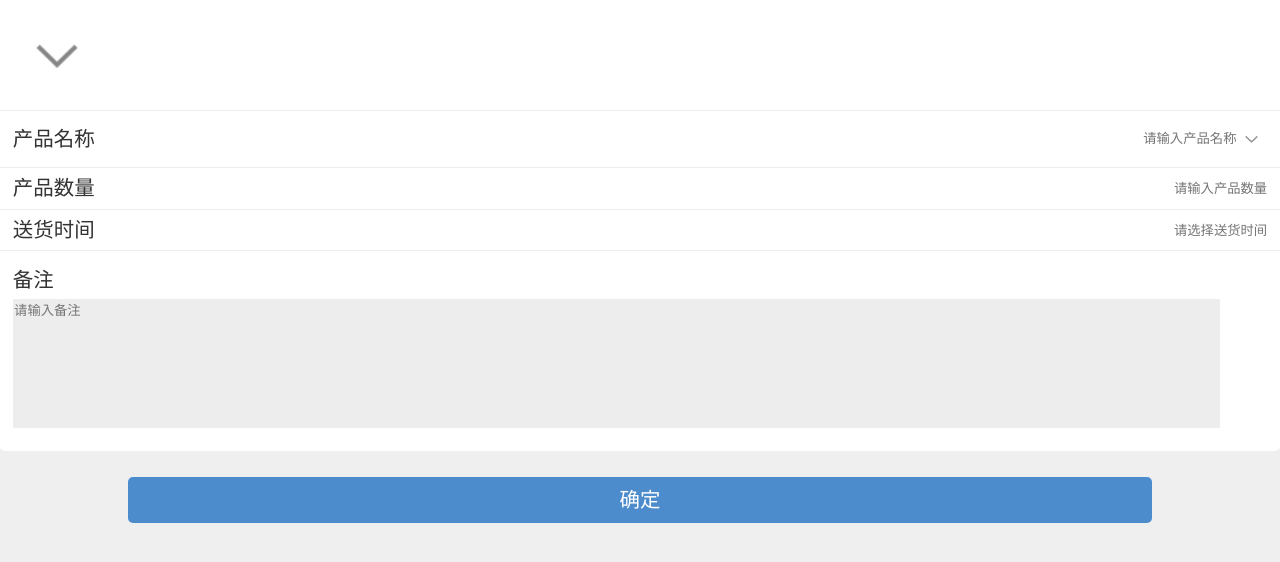
Repository: missing-star/produce
Page: Cbuyer.html
The author's editor kept a copy of each file at every save. The page is drawn from the files as they stood at one save, then again after the next save.
The browser window is 1280 px wide. The pictures show the whole page.

Above is the page before, as saved 2019-05-21 11:55:27.

### Cbuyer.html
<!DOCTYPE html>
<html lang="en">

<head>
    <meta charset="UTF-8">
    <meta content="width=device-width, initial-scale=1.0, maximum-scale=1.0, user-scalable=0;" name="viewport" />
    <meta http-equiv="X-UA-Compatible" content="ie=edge">
    <title>采购订单</title>
    <link rel="stylesheet" href="css/base.css">
    <link rel="stylesheet" href="css/weui.min.css">
    <link rel="stylesheet" href="css/jquery-weui.min.css">
    <link rel="stylesheet" href="css/Cbuyer.css">
</head>

<body>
    <div id="app">
        <div class="buyer">
            <div class="buyer_wrap">
                <img class="buyer_img" @click="uploadEvent" :src="avter==''?'img/upload.png':avter" alt="">
                <input type="file" @change="uploadImg($event)" id="order-img" hidden>
            </div>
            <ul class="buyer_uu">
                <li>
                    <span>产品名称</span>
                    <div class="box">
                        <input type="text" v-model="title" placeholder="请输入产品名称" id="hh">
                        <img :src="avter" class="dropdown-icon" id="title-select">
                    </div>

                </li>
                <li>
                    <span>产品数量</span>
                    <div class="box">
                        <input v-model="number" type="number" placeholder="请输入产品数量" id="">
                    </div>
                </li>
                <li>
                    <span>送货时间</span>
                    <div class="box">
                        <input v-model="deliveryTime" type="text" readonly placeholder="请选择送货时间" id="date-picker">
                    </div>
                </li>
            </ul>
            <div class="buyer_text">
                <p>备注</p>
                <textarea placeholder="请输入备注" name="" id="" cols="30" rows="10"></textarea>
            </div>
        </div>

        <div @click="addOrder" class="edit_btn">确定</div>
    </div>
</body>

</html>
<script src="js/jquery.min.js"></script>
<script src="js/vue.js"></script>
<script src="js/weui.min.js"></script>
<script src="js/api.js"></script>
<script src="js/jquery.combo.select.js"></script>
<script src="js/Cbuyer.js"></script>

### css/base.css
/* http://meyerweb.com/eric/tools/css/reset/
   v2.0 | 20110126
   License: none (public domain)
*/

html,
body,
div,
span,
applet,
object,
iframe,
h1,
h2,
h3,
h4,
h5,
h6,
p,
blockquote,
pre,
a,
abbr,
acronym,
address,
big,
cite,
code,
del,
dfn,
em,
img,
ins,
kbd,
q,
s,
samp,
small,
strike,
strong,
sub,
sup,
tt,
var,
b,
u,
i,
center,
dl,
dt,
dd,
ol,
ul,
li,
fieldset,
form,
label,
legend,
table,
caption,
tbody,
tfoot,
thead,
tr,
th,
td,
article,
aside,
canvas,
details,
embed,
figure,
figcaption,
footer,
header,
hgroup,
menu,
nav,
output,
ruby,
section,
summary,
time,
mark,
audio,
video {
    margin: 0;
    padding: 0;
    border: 0;
    font-size: 100%;
    font: inherit;
    vertical-align: baseline;
}

/* HTML5 display-role reset for older browsers */
article,
aside,
details,
figcaption,
figure,
footer,
header,
hgroup,
menu,
nav,
section {
    display: block;
}

body {
    line-height: 1;
}

ol,
ul {
    list-style: none;
}

blockquote,
q {
    quotes: none;
}

blockquote:before,
blockquote:after,
q:before,
q:after {
    content: '';
    content: none;
}

table {
    border-collapse: collapse;
    border-spacing: 0;
}


body,
html {
    font-size: calc(100vw / 3.75);
    background: #efefef;
    font-family: PingFangSC-Regular;
}


[v-cloak] {
    display: none;
}


hr {
    margin: 0;
    padding: 0;
}

/* .container {
    width: 90%;
    max-width: 1200px;
    margin: 0 auto;
} */

.toast-tips {
    width: 36%;
    background: #323232;
    color: #fff;
    font-size: 12px;
    position: fixed;
    padding: 8px 20px;
    border-radius: 5px;
    left: 32%;
    bottom: 50%;
    text-align: center;
    box-sizing: border-box;
    line-height: 1.5;
}

input::-webkit-outer-spin-button,
input::-webkit-inner-spin-button {
    -webkit-appearance: none;
}

input[type="number"] {
    -moz-appearance: textfield;
}
*{
    touch-action: none;
}

### css/Cbuyer.css
.buyer {
    width: 100%;
    background: rgba(255, 255, 255, 1);
    border-radius: 0px 0px 5px 5px;
}

.buyer_wrap {
    padding: 0.16rem 0 0.13rem 0.22rem;
    line-height: 0;
}

.buyer_img {
    width: 4rem;
    height: 4rem;
}

.buyer_uu li {
    font-size: 0.8rem;
    border-top: 1px solid #EDEDED;
    display: flex;
    align-items: center;
    justify-content: space-between;
    padding: 0.5rem;
    line-height: 0.4rem;
    color: #333333;
}

.box {
    display: flex;
    align-items: center;
    justify-content: flex-end;
}

.box>input {
    text-align: right;
    border: 0;
    outline: none;
    background: transparent;
    color: #868686;
}

.next {
    display: block;
    width: 0.3rem;
    height: 0.3rem;
    background: url(../img/xia.png)no-repeat;
    background-size: 100% 100%;
    line-height: 0.3rem;
}

.buyer_text {
    font-size: 0.8rem;
    color: #333333;
    padding: 0.5rem;
    border-top: 1px solid #EDEDED;
}

textarea {
    width: 96%;
    height: 5rem;
    background: rgba(237, 237, 237, 1);
    border-radius: 0.05rem;
    margin-top: 0.08rem;
    border: 0;
    resize: none;
    outline: none;
    padding: 0.03rem 0.05rem;
}

.edit_btn {
    width: 80%;
    height: 1.8rem;
    background: rgba(76, 139, 204, 1);
    border-radius: 5px;
    font-size: 0.8rem;
    color: rgba(255, 255, 255, 1);
    text-align: center;
    line-height: 1.8rem;
    margin: 1rem auto;
}

#Svalue {
    width: 0.3rem;
    height: 0.3rem;
    background: url(../img/xia.png)no-repeat;
    background-size: 100% 100%;
    /* color: transparent; */
}
img.dropdown-icon {
    width: 1.2rem;
}
.toolbar .picker-button{
    color: rgba(76, 139, 204, 1);
}

### js/api.js
var api = "http://caigou.pzhkj.cn"




function getUrlKey(name) {
    return decodeURIComponent((new RegExp('[?|&]' + name + '=' + '([^&;]+?)(&|#|;|$)').exec(location.href) || [, ""])[1].replace(/\+/g, '%20')) || null
}

// 信息提示框
function toast(msg) {
    var toastWrapper = '<div class="toast-tips">'+msg+'</div>';
    $('body').append(toastWrapper);
    setTimeout(function() {
        $('.toast-tips').fadeOut(1000);
        setTimeout(function(){
        $('.toast-tips').remove();
        }, 1000);
    }, 500);
}
// 混入过滤器
Vue.mixin({
    filters:{
        filterImg(url) {
            return api+url;
        }
    }
});

### js/Cbuyer.js
var xm = new Vue({
    el: "#app",
    data: {
        avter: 'img/xia.png',
        title: '',
        number: '',
        deliveryTime: ''
    },
    methods: {
        uploadEvent() {
            // 点击上传文件事件
            $('#order-img').click();
        },
        uploadImg(e) {
            var formData = new FormData();
            formData.append('file', e.target.files[0]);
            formData.append('token',sessionStorage.getItem('token'));
            // 上传图片
            $.ajax({
                url: api + '/api/common/upload',
                type: 'post',
                async: false,
                contentType: false,
                processData: false,
                data: formData,
                success: (data) => {
                    toast(data.msg);
                    if(data.code == 1) {
                        this.avter = data.data.url;
                    }
                },
                error: function () {
                    toast('服务器异常');
                }
            });
        },
        addOrder() {
            var regNum = /^[1-9]+([0-9]?)$/;
            if (this.title.trim() == '') {
                toast('请输入名称!');
                return;
            } else if (!regNum.test(this.number)) {
                toast('请输入正确的数量!');
                return;
            } else if (this.deliveryTime == '') {
                toast('请选择日期!');
                return;
            }
            // 上传采购记录
            $.post(api + '/api/purchase/creOrder', {
                    product_name: this.title,
                    // 商品数量
                    qty: this.number,
                    product_image:this.avter,
                    delivery_at: this.deliveryTime,
                    token:sessionStorage.getItem('token')
                }, function (data) {
                    toast(data.msg);
                    if(data.code == 1) {
                        setTimeout(() => {
                            history.go(-1);
                        }, 500);
                    }
                }, 'json')
                .fail(function (err) {
                    toast('服务器异常!');
                });
        }

    },
    created() {
        this.$nextTick(() => {
            // 日期组件
            $("#date-picker").datetimePicker({
                onChange: (res) => {
                    this.deliveryTime = res.value[0] + '-' + res.value[1] +
                        ' ' + res.value[2] + ':' + res.value[3] + ':' + res.value[4];
                }
            });
            // 下拉列表组件
            $("#title-select").picker({
                title: "产品名称",
                cols: [{
                    textAlign: 'center',
                    values: ['iPhone 4', 'iPhone 4S', 'iPhone 5', 'iPhone 5S', 'iPhone 6', 'iPhone 6 Plus', 'iPad 2', 'iPad Retina', 'iPad Air', 'iPad mini', 'iPad mini 2', 'iPad mini 3']
                }],
                onChange: (res) => {
                    if (res.value) {
                        this.title = res.value[0];
                    }
                }
            });
        });
    }
});




$(function () {
    $('select').comboSelect();

    $('.show').on('click', function (e) {
        $('select').focus();
        e.preventDefault();
    });

    $('.show').on('click', function (e) {
        $('select').trigger('comboselect:close');
        e.preventDefault();
    });
});

Loaded but not shown: css/weui.min.css (library); css/jquery-weui.min.css (library); js/jquery.min.js (library); js/vue.js (library); js/weui.min.js (library); js/jquery.combo.select.js (library)

After the next save:
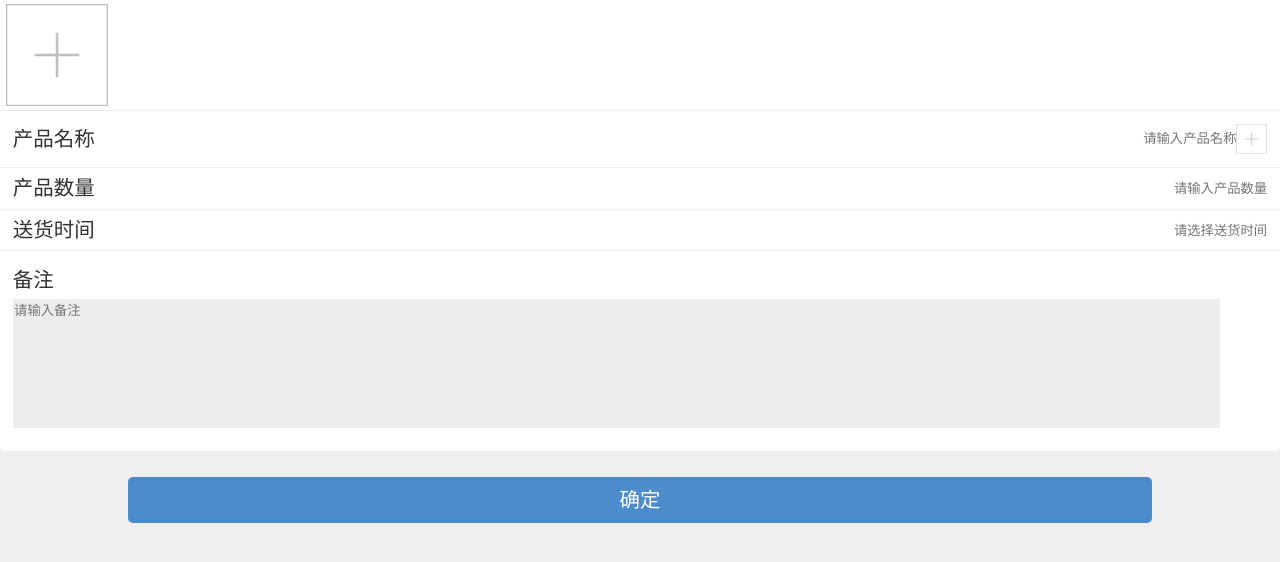
Saved 61 s later.
--- a/js/Cbuyer.js
+++ b/js/Cbuyer.js
@@ -1,7 +1,7 @@
 var xm = new Vue({
     el: "#app",
     data: {
-        avter: 'img/xia.png',
+        avter: 'img/upload.png',
         title: '',
         number: '',
         deliveryTime: ''
